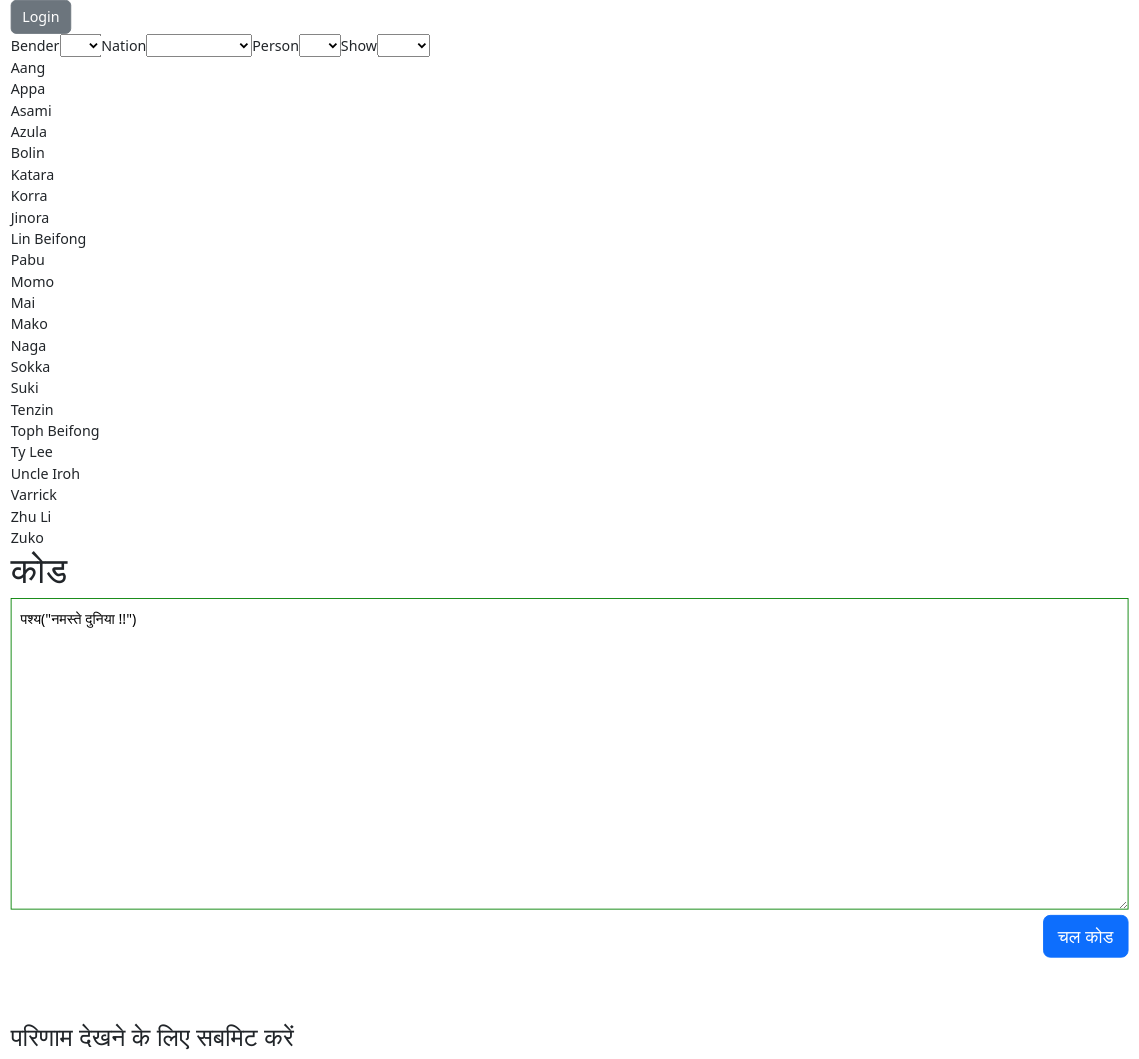
Repository: Vivek3072/webapp_shuniya_code.com
Page: /
An editor plug-in stored every save of this project. The page is shown before and after the next save, followed by the edit.
The browser window is 1280 px wide. The pictures show the whole page, at 89% of full size.
The project was rebuilt for these pictures with package versions that can differ from the ones it lists, and the page was loaded fresh each time. Also part of the build but not shown: src/components/Login.js, src/components/Singup.js. Imported but missing from the stored project, and not drawn on this page: src/axiosApi.

Above is the page before, as saved 2021-02-28 00:38:03.

### public/index.html
<!DOCTYPE html>
<html lang="en">
  <head>
    <meta charset="utf-8" />
    <link rel="icon" href="%PUBLIC_URL%/favicon.ico" />
    <meta name="viewport" content="width=device-width, initial-scale=1" />
    <meta name="theme-color" content="#000000" />
    <meta
      name="description"
      content="Web site created using create-react-app"
    />
    <link rel="apple-touch-icon" href="%PUBLIC_URL%/logo192.png" />
    <!-- CSS only -->
    <link href="https://cdn.jsdelivr.net/npm/bootstrap@5.0.0-beta2/dist/css/bootstrap.min.css" rel="stylesheet" integrity="sha384-BmbxuPwQa2lc/FVzBcNJ7UAyJxM6wuqIj61tLrc4wSX0szH/Ev+nYRRuWlolflfl" crossorigin="anonymous">
    <script src="https://cdn.jsdelivr.net/npm/bootstrap@5.0.0-beta2/dist/js/bootstrap.bundle.min.js" integrity="sha384-b5kHyXgcpbZJO/tY9Ul7kGkf1S0CWuKcCD38l8YkeH8z8QjE0GmW1gYU5S9FOnJ0" crossorigin="anonymous"></script>
    <!--
      manifest.json provides metadata used when your web app is installed on a
      user's mobile device or desktop. See https://developers.google.com/web/fundamentals/web-app-manifest/
    -->
    <link rel="manifest" href="%PUBLIC_URL%/manifest.json" />
    <!--
      Notice the use of %PUBLIC_URL% in the tags above.
      It will be replaced with the URL of the `public` folder during the build.
      Only files inside the `public` folder can be referenced from the HTML.

      Unlike "/favicon.ico" or "favicon.ico", "%PUBLIC_URL%/favicon.ico" will
      work correctly both with client-side routing and a non-root public URL.
      Learn how to configure a non-root public URL by running `npm run build`.
    -->
    <title>React App</title>
  </head>
  <body>
    <noscript>You need to enable JavaScript to run this app.</noscript>
    <div id="root"></div>
    <!--
      This HTML file is a template.
      If you open it directly in the browser, you will see an empty page.

      You can add webfonts, meta tags, or analytics to this file.
      The build step will place the bundled scripts into the <body> tag.

      To begin the development, run `npm start` or `yarn start`.
      To create a production bundle, use `npm run build` or `yarn build`.
    -->
  </body>
</html>

### src/index.js
import React from 'react';
import ReactDOM from 'react-dom';
import './index.css';
import '../node_modules/font-awesome/css/font-awesome.min.css';
import App from './App';
import reportWebVitals from './reportWebVitals';
import {BrowserRouter} from 'react-router-dom'
ReactDOM.render(
  <BrowserRouter>
    <App />
  </BrowserRouter>,
  document.getElementById('root')
);

// If you want to start measuring performance in your app, pass a function
// to log results (for example: reportWebVitals(console.log))
// or send to an analytics endpoint. Learn more: https://bit.ly/CRA-vitals
reportWebVitals();

### src/App.js

import React, { Component} from "react";
import { Switch, Route, Link ,withRouter} from "react-router-dom";
import Login from "./components/Login";
import Signup from "./components/Singup";
// import Hello from "./hello";

import axiosInstance from "./axiosApi";

import home from './home'
import 'bootstrap/dist/css/bootstrap.min.css';
import './App.css'
class App extends Component {
    constructor() {
        super();
        this.handleLogout = this.handleLogout.bind(this);
    }
    async handleLogout() {
        try {
            const response = await axiosInstance.post('/blacklist/', {
                "refresh_token": localStorage.getItem("refresh_token")
            });
            localStorage.removeItem('access_token');
            localStorage.removeItem('refresh_token');
            axiosInstance.defaults.headers['Authorization'] = null;
            this.props.history.push('/');
            return response;
        }
        catch (e) {
            console.log(e);
        }
    };


    render() {
        const token=localStorage.getItem('access_token');
        console.log(token)
        return (
            <div className="container-fluid ">
                <nav>
                {token ?
                <div className="userLogin">
                  <span> <i className="fa fa fa-user"></i>User </span>
                  <button onClick={this.handleLogout}>Logout</button>
                </div>
                :
                  null
                }
                </nav>
                    <Switch>
                        <Route exact path="/" component={home}  />
                        <Route exact path={"/login/"} component={Login}/>
                        <Route exact path={"/signup/"} component={Signup}/>
                    </Switch>

            </div>
        );
    }
}

export default withRouter(App);

### src/home/index.js
import React, { Component } from "react";
import axios from "axios";
import './Index.css'
import FilterOptions from './filteroptions';
import FilterItems from './filteritems';
var filterData = [
  { name: 'Aang', bender: 'yes', nation: 'Air', person: 'yes', show: 'ATLA' },
  { name: 'Appa', bender: 'yes', nation: 'Air', person: 'no', show: 'ATLA' },
  { name: 'Asami', bender: 'no', nation: 'Republic City', person: 'yes', show: 'LOK' },
  { name: 'Azula', bender: 'yes', nation: 'Fire', person: 'yes', show: 'ATLA' },
  { name: 'Bolin', bender: 'yes', nation: 'Earth', person: 'yes', show: 'LOK' },
  { name: 'Katara', bender: 'yes', nation: 'Water', person: 'yes', show: 'ATLA' },
  { name: 'Korra', bender: 'yes', nation: 'Water', person: 'yes', show: 'LOK' },
  { name: 'Jinora', bender: 'yes', nation: 'Air', person: 'yes', show: 'LOK' },
  { name: 'Lin Beifong', bender: 'yes', nation: 'Republic City', person: 'yes', show: 'LOK' },
  { name: 'Pabu', bender: 'no', nation: 'Fire', person: 'no', show: 'LOK' },
  { name: 'Momo', bender: 'no', nation: 'Air',  person: 'no', show: 'ATLA'},
  { name: 'Mai', bender: 'no', nation: 'Fire', person: 'yes', show: 'ATLA' },
  { name: 'Mako', bender: 'yes', nation: 'Fire', person: 'yes', show: 'LOK' },
  { name: 'Naga', bender: 'no', nation: 'Water', person: 'no', show: 'LOK'},
  { name: 'Sokka', bender: 'no', nation: 'Water', person: 'yes', show: 'ATLA' },
  { name: 'Suki', bender: 'no', nation: 'Earth', person: 'yes', show: 'ATLA' },
  { name: 'Tenzin', bender: 'yes', nation: 'Air', person: 'yes', show: 'LOK' },
  { name: 'Toph Beifong', bender: 'yes', nation: 'Earth', person: 'yes', show: 'ATLA' },
  { name: 'Ty Lee', bender: 'no', nation: 'Fire', person: 'yes', show: 'ATLA' },
  { name: 'Uncle Iroh', bender: 'yes', nation: 'Fire', person: 'yes', show: 'ATLA' },
  { name: 'Varrick', bender: 'no', nation: 'Republic City', person: 'yes', show: 'LOK' },
  { name: 'Zhu Li', bender: 'no', nation: 'Republic City', person: 'yes', show: 'LOK' },
  { name: 'Zuko', bender: 'yes', nation: 'Fire', person: 'yes', show: 'ATLA' }
];

export default class home extends Component {
  constructor(props) {
    super(props);
    this.state = {
      texteditor: "",
      showtext: "",
      isSubmited: false,
      isloaded: false,
      data: filterData,
      bender: '',
      nation: '',
      person: '',
      show: '',

    };
  }
  filterItems=(val, type)=> {
    switch (type) {
     case 'bender':
       this.setState({bender: val});
       break;
     case 'nation':
       this.setState({nation: val});
       break;
     case 'person':
       this.setState({person: val});
       break;
     case 'show':
       this.setState({show: val});
       break;
     default:
       break;
   }
 };
  submitHandler = () => {
    this.setState({
      isloaded: false,
      isSubmited: true,
    });
    var getText = document.getElementById("texteditor").value;
    console.log(getText);
    var code_text_b64 = btoa(unescape(encodeURIComponent(getText)));
    const postBody = {
      code_file_name: "a.py",
      code_input: "1",
      code_text_b64: code_text_b64,
      input_flag: "ABSENT",
    };
    var postContent = JSON.stringify(postBody);
    const headers = {
      "Content-Type": "application/json",
    };
    const res = axios
      .post(
        "http://ec2-13-232-16-70.ap-south-1.compute.amazonaws.com:8000/api/v1/web_ide/",
        postContent,
        headers
      )
      .then((res) => {
        this.setState({
          showtext: res.data,
          isloaded: true,
        });
      });
  };
  login=()=>{
    this.props.history.push('/login')
}
  render() {
    const token=localStorage.getItem('access_token');
    var filteredItems = this.state.data;
    var state = this.state;
    ["bender", "nation", "person", "show"].forEach(function(filterBy) {
      var filterValue = state[filterBy];
      if (filterValue) {
        filteredItems = filteredItems.filter(function(item) {
          return item[filterBy] === filterValue;
        });
      }
    });
    var benderArray = this.state.data.map(function(item) { return item.bender });
    var nationArray = this.state.data.map(function(item) { return item.nation });
    var personArray = this.state.data.map(function(item) { return item.person });
    var showArray = this.state.data.map(function(item) { return item.show });
    benderArray.unshift("");
    nationArray.unshift("");
    personArray.unshift("");
    showArray.unshift("");
    return (
      <>
       <div className="row">
        <br></br>
        <br></br>
            <div className="col-sm-12 col-md-4 col-lg-12">
          {token? null : <button type="button" className="btn btn-secondary userLogin" onClick={this.login}>Login</button>}

          <FilterOptions
            data={this.state.data}
            benderOptions={benderArray}
            nationOptions={nationArray}
            personOptions={personArray}
            showOptions={showArray}
            changeOption={this.filterItems} />
          <div className="filter-form">
          <FilterItems data={filteredItems} />
        </div>

            </div>
            <div className="col-sm-12 col-md-6 col-lg-12">
            <h1>कोड</h1>
              <textarea id="texteditor" className="editorArea">
                पश्य("नमस्ते दुनिया !!")
              </textarea>
              <div
                className="menu-bar"
                style={{ position: "relative", textAlign: "end" }}
              >
                <button
                  className="btn btn-lg btn-primary submit-btn"
                  onClick={this.submitHandler}
                >
                  चल कोड
                </button>
              </div>

            </div>
            <div className="col-sm-12" col-md-2 col-lg-12></div>
        </div>
        <div className="row">
        <div className="menu-bar"></div>
              <br></br>
              <br></br>
              <br></br>
              {this.state.isSubmited ? (
                <div>
                  <h1>परिणाम</h1>
                  {this.state.isloaded ? (
                    <textarea className="sub" value={this.state.showtext}>
                      {" "}
                    </textarea>
                  ) : (
                    <div>
                      <h6>प्रोसेसिंग....................</h6>
                      <div className="loader"></div>
                    </div>
                  )}
                </div>
              ) : (
                <h3>परिणाम देखने के लिए सबमिट करें</h3>
              )}
        </div>
      </>

    );
  }
}

### src/App.css

.editor_area{
  height: 500px;
}
.codeArea{
  margin: auto;
  width: 50%;
  border: 3px solid green;
  padding: 10px;

}
.userLogin{
  text-align: right;
}
textarea{
  position: relative;
  width: 100%;
  height: 200px;
  padding: 20px;
}

.loader {
  position: relative;
  margin-top: 100px;
  left: 50%;
  transform: translate(-50%,-50%);
  width: 100px;
  height: 100px;
  border: 20px solid;
  border-top-color:  rgb(11, 39, 133);
  border-bottom-color: rgb(90, 204, 90);
  border-right-color: rgb(73, 52, 167);
  border-left-color: rgb(212, 28, 28);
  border-radius: 50%;
  animation: spin 2s infinite linear;
}
@keyframes spin {
  from {
      transform: translate(-50%,-50%) rotate(0deg);
  }
  to {
      transform: translate(-50%,-50%) rotate(360deg);
  }
}

li{
  padding: 20px;
}
a{
  color: aliceblue;
  text-decoration: none;
}
a:hover{
  color: rgb(0, 255, 0);
}

### src/home/Index.css
.editorArea{
    margin: auto;
    width: 100%;
    border: 1px solid green;
    padding: 10px;
    height: 350px;
}

### src/home/filteroptions.js
import React, { Component } from 'react'

export default class FilterOptions extends Component {
    changeOption=(type, e)=> {
        var val = e.target.value;
        this.props.changeOption(val, type);
      };
    render() {
        return (

            <div className="filter-option">
              <label>Bender</label>
              <select id="bender" value={this.props.bender} onChange={this.changeOption.bind(this, 'bender')}>
              {this.props.benderOptions.map(function(option) {
                return ( <option key={option} value={option}>{option}</option> )
              })}
              </select>
              <label>Nation</label>
              <select id="nation" value={this.props.nation} onChange={this.changeOption.bind(this, 'nation')}>
              {this.props.nationOptions.map(function(option) {
                return ( <option key={option} value={option}>{option}</option> )
              })}
              </select>
              <label>Person</label>
              <select id="person" value={this.props.person} onChange={this.changeOption.bind(this, 'person')}>
              {this.props.personOptions.map(function(option) {
                return ( <option key={option} value={option}>{option}</option> )
              })}
              </select>
              <label>Show</label>
              <select id="show" value={this.props.show} onChange={this.changeOption.bind(this, 'show')}>
              {this.props.showOptions.map(function(option) {
                return ( <option key={option} value={option}>{option}</option> )
              })}
              </select>
            </div>

        )
    }
}

### src/home/filteritems.js
import React, { Component } from 'react'

export default class FilterItems extends Component {
    render() {
        return (
            <div>
                 <div className="filter-items">
      {this.props.data.map(function(item){
        return (
          <div className="filter-item">{item.name}</div>
        );
      })}
      </div>
            </div>
        )
    }
}

Loaded but not shown: src/index.css (common file); src/reportWebVitals.js (common file)

After the next save:
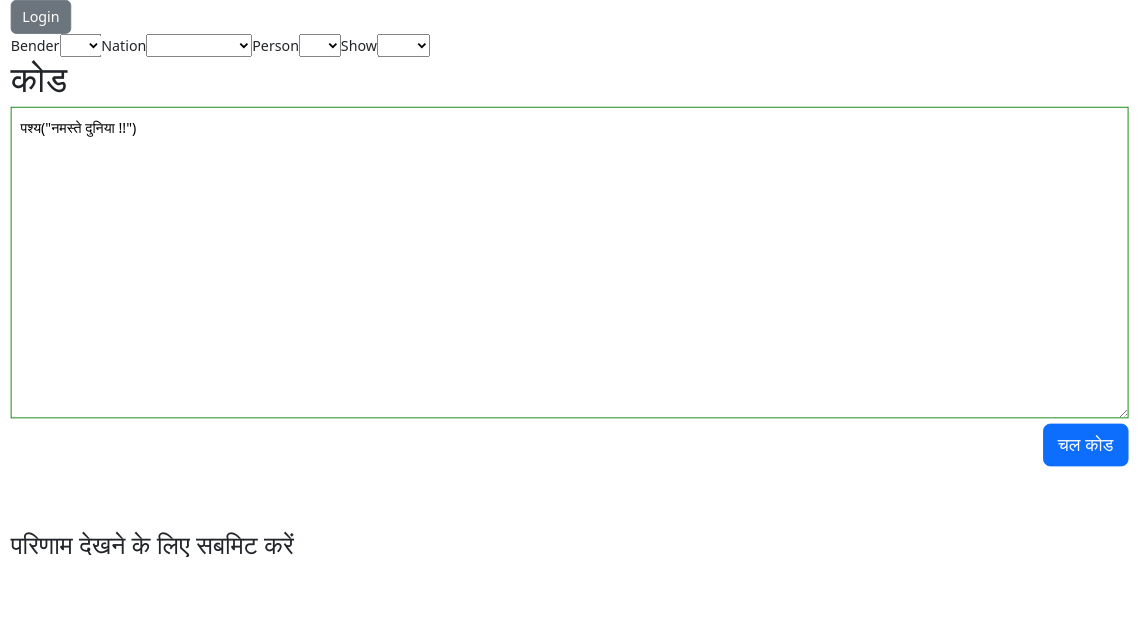
Saved 13 s later.
--- a/src/home/index.js
+++ b/src/home/index.js
@@ -133,7 +133,7 @@ export default class home extends Component {
             showOptions={showArray}
             changeOption={this.filterItems} />
           <div className="filter-form">
-          <FilterItems data={filteredItems} />
+          {/* <FilterItems data={filteredItems} /> */}
         </div>
 
             </div>
